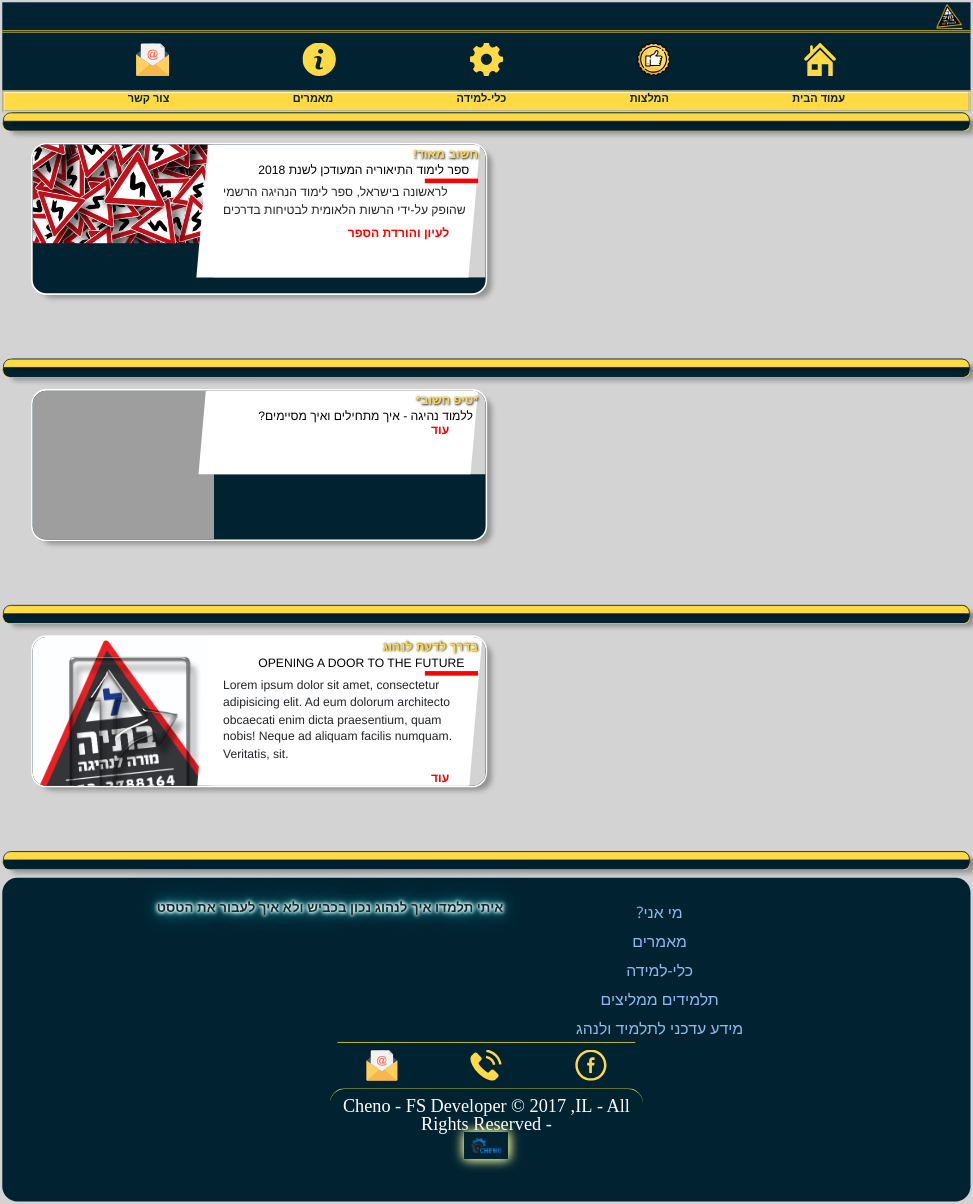
Repository: ChenGinsberg/BatyaLamed-site
Page: index.html
An editor plug-in stored every save of this project. The page is shown before and after the next save, followed by the edit.
The browser window is 1280 px wide. The pictures show the whole page, at 76% of full size.
Pictures or frames that could not be fetched are drawn as grey boxes. Some web libraries are served in a nearby version.

Above is the page before, as saved 2017-11-26 15:27:48.

After the next save:
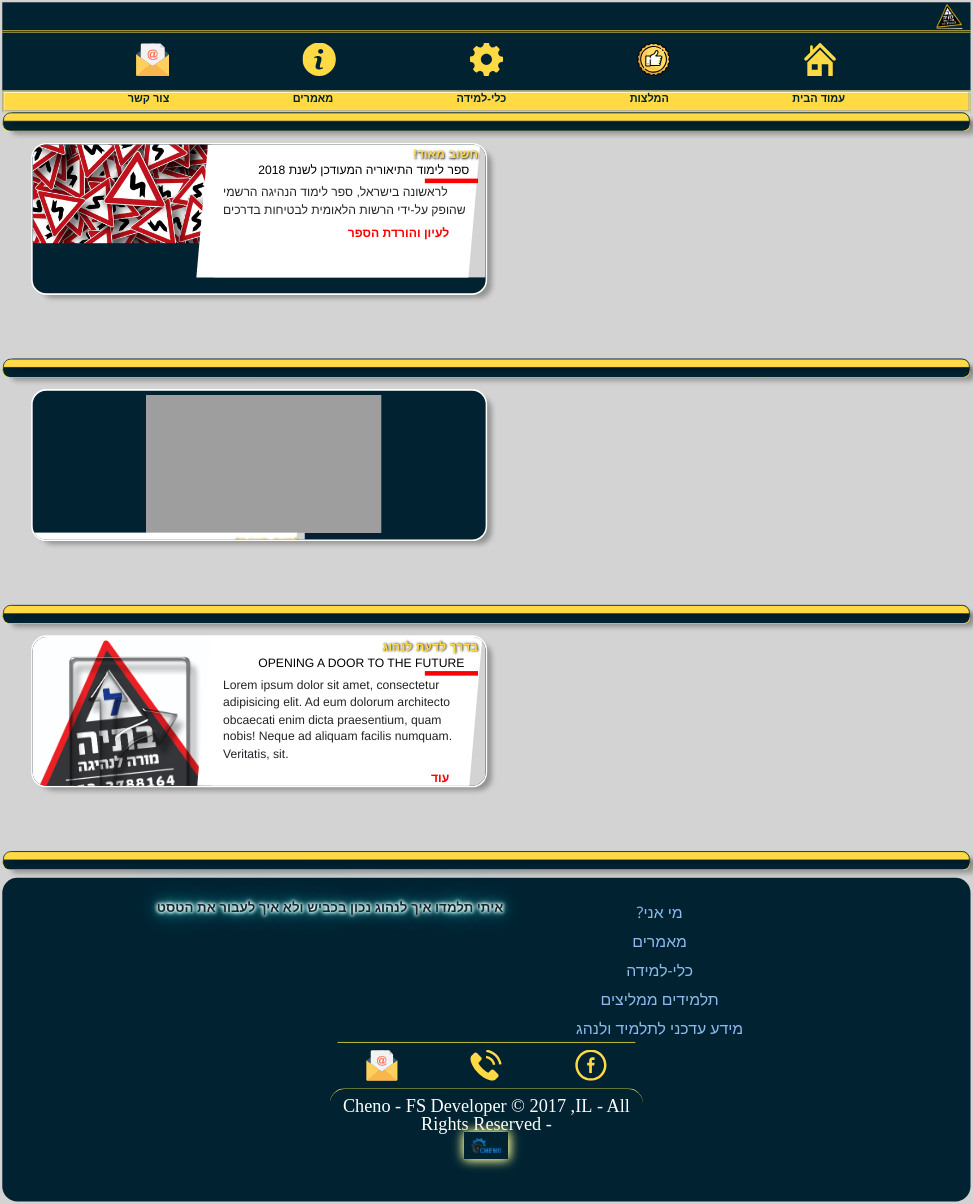
Saved 48 s later.
--- a/style/infoBox.css
+++ b/style/infoBox.css
@@ -43,6 +43,12 @@
 .blog-card .photo.photo2 {
     background: url("../image/road-166543_640.jpg") center no-repeat;
     background-size: cover;
+    height: 181px;
+    width: 52%;
+    position: relative;
+    left: 25%;
+    background-color: #012231;
+    margin-top: 6px;
 }
 
 .blog-card .photo.photo3 {
